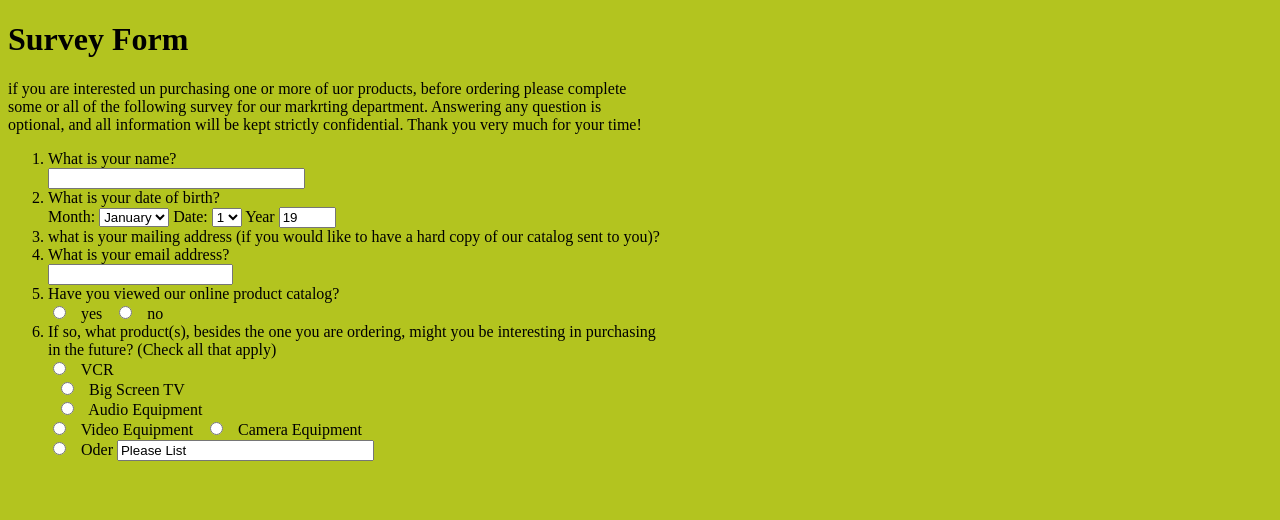
Repository: PhamChiXuan1/HTCNW_tuan3_DHCNTT16C_PhamChiXuan_20030131
Page: bt17.html
These files come from the project's save history. The page is drawn as it stood at one moment and after the next save; the edit follows.
The browser window is 1280 px wide. The pictures show the whole page.

Above is the page before, as saved 2022-02-27 22:45:53.

After the next save:
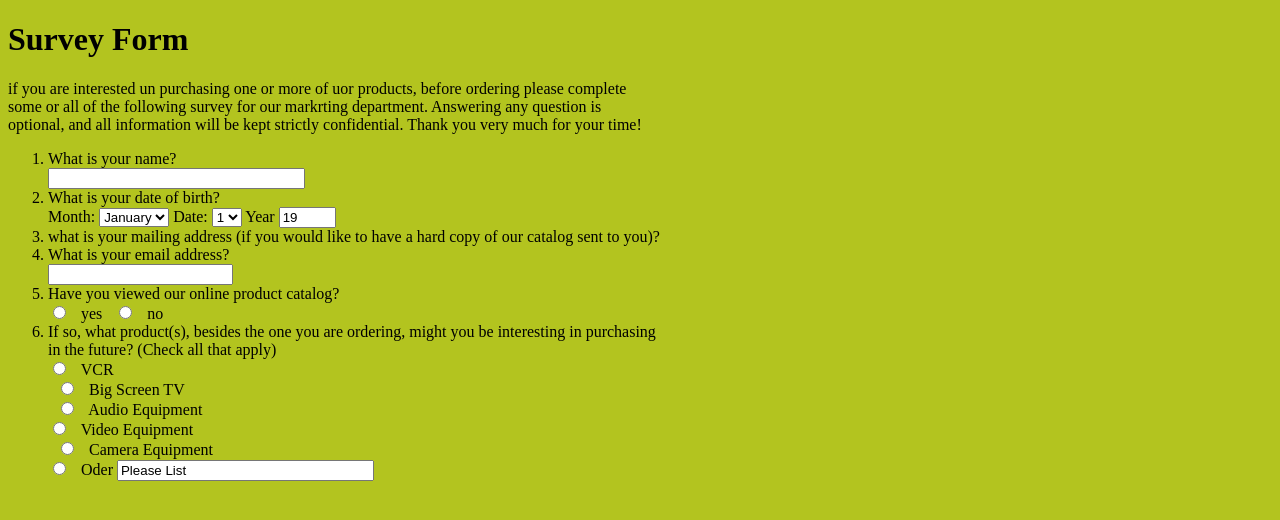
Saved 12 s later.
--- a/bt17.html
+++ b/bt17.html
@@ -48,7 +48,7 @@
             <input type="radio" id="" name="" value="">
                 <label for="Audio Equipment">Audio Equipment</label><br>
             <input type="radio" id="" name="" value="">
-                <label for="Video Equipment">Video Equipment</label>
+                <label for="Video Equipment">Video Equipment</label><br>
             <input type="radio" id="" name="" value="">
                 <label for="Camera Equipment">Camera Equipment</label><br>
             <input type="radio" id="" name="" value="">
